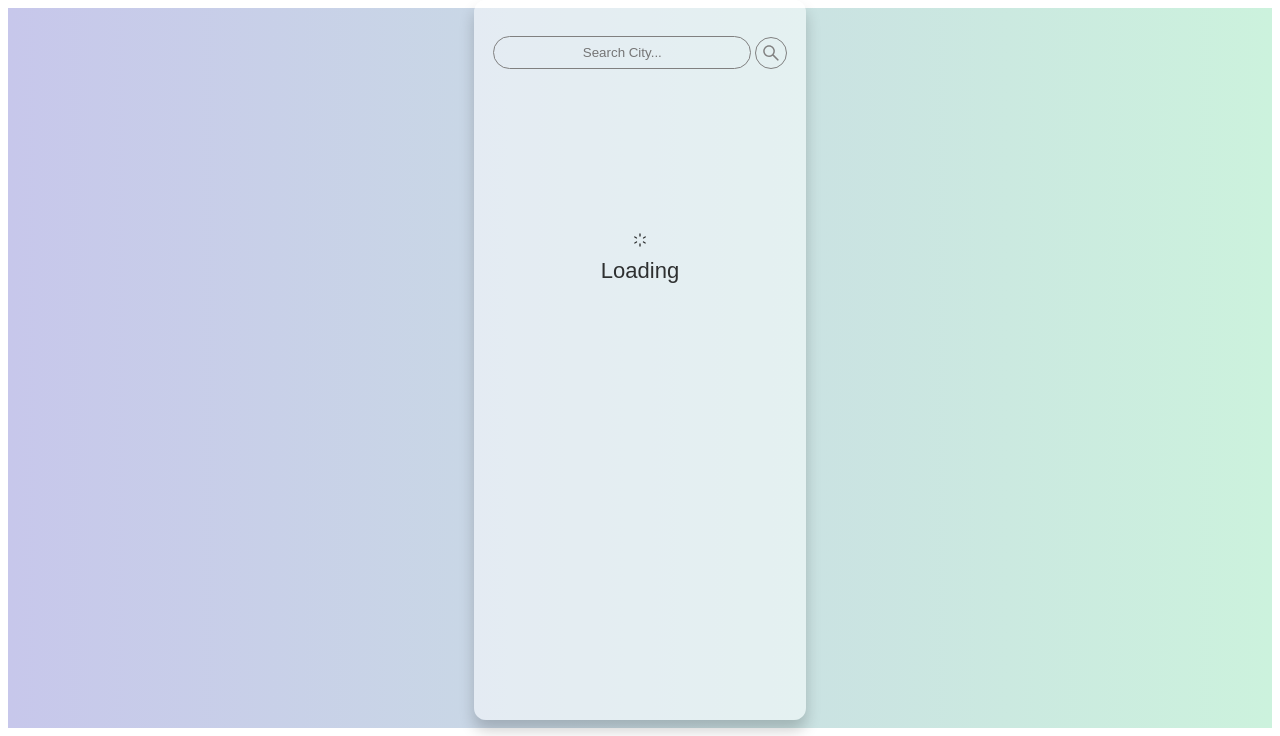
Repository: vaishnavik94/WeatherAPP
Page: /
The author's editor kept a copy of each file at every save. The page is drawn from the files as they stood at one save, then again after the next save.
The browser window is 1280 px wide. The pictures show the whole page.
The page's requests for data from a server got no answer. The project was rebuilt for these pictures with package versions that can differ from the ones it lists, and the page was loaded fresh each time. No one was signed in, and anything a server would have sent is missing.

Above is the page before, as saved 2024-04-18 16:29:22.

After the next save:
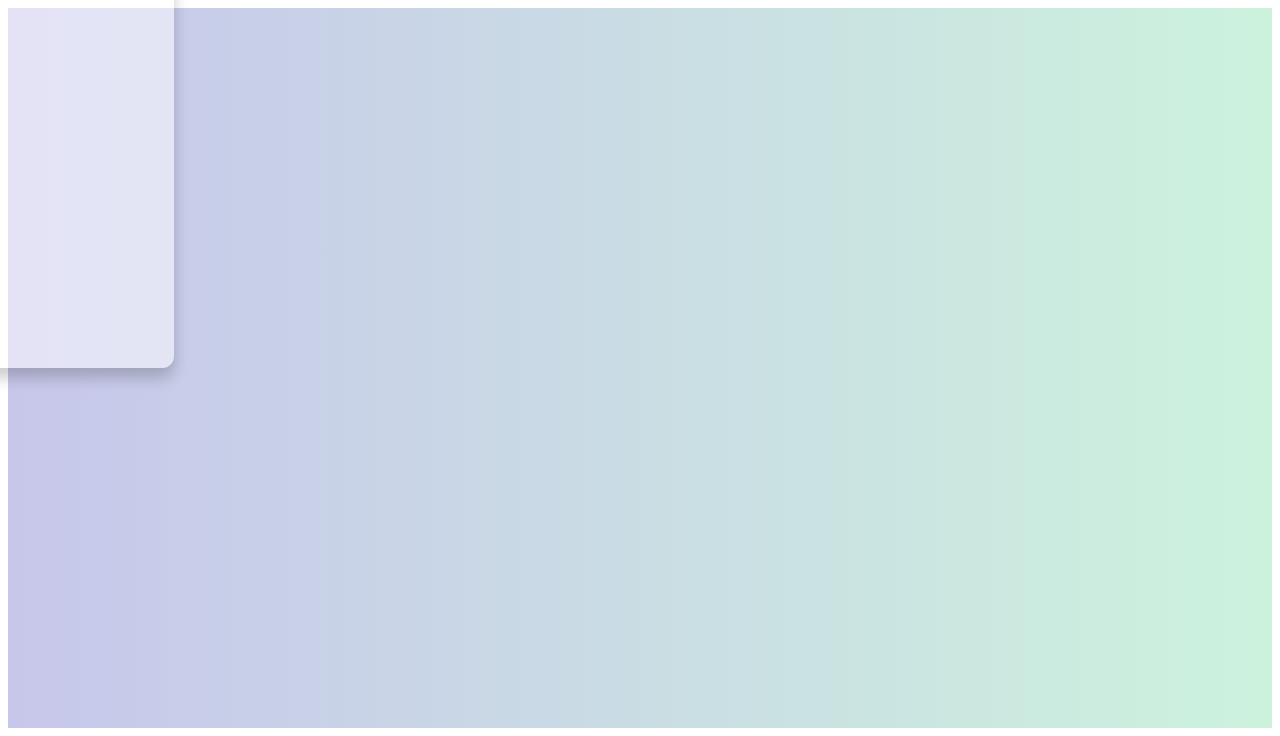
Saved 20 s later.
--- a/src/components/styles.module.ts
+++ b/src/components/styles.module.ts
@@ -10,8 +10,7 @@
 border-radius: 12px;
 padding: 1rem;
 position: absolute;
-top: 50%;
-left: 50%;
+
 transform: translate(-50%, -50%);
 box-shadow: 0 10px 15px rgb(0 0 0 / 20%);
 box-sizing: border-box;

After the save that followed:
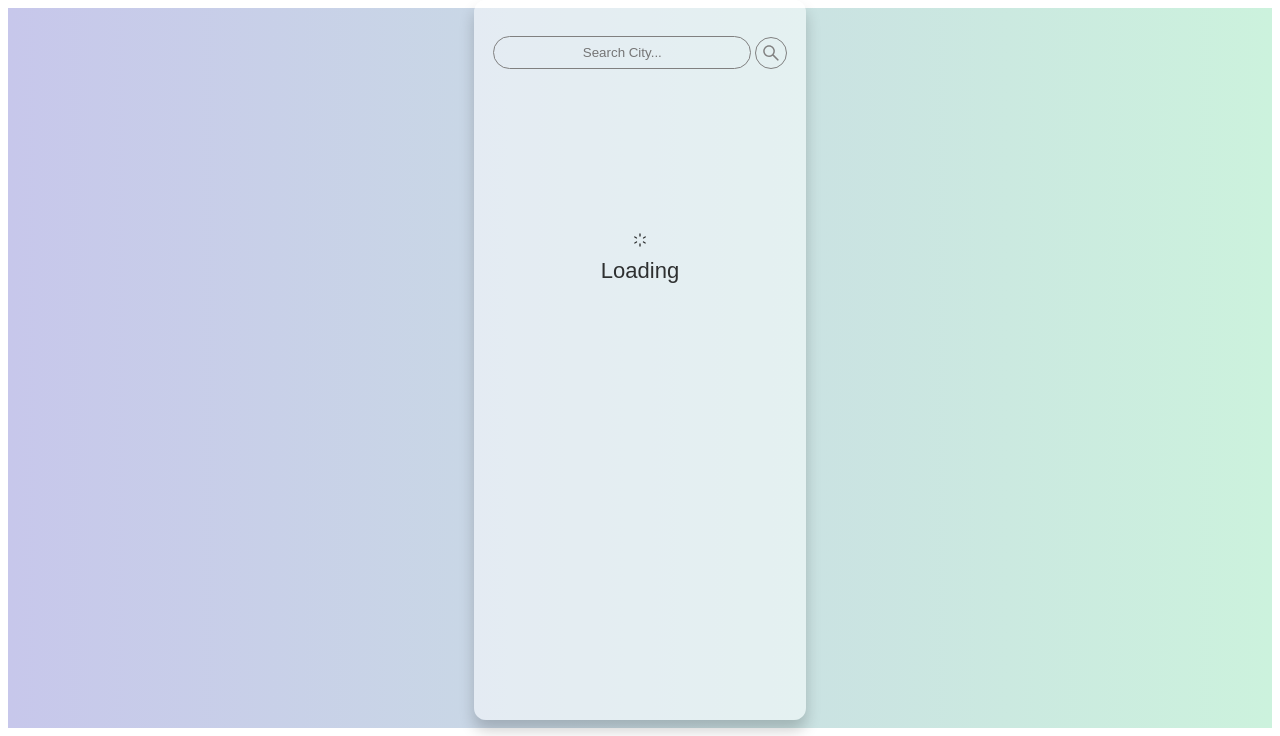
Saved 6 s later.
--- a/src/components/styles.module.ts
+++ b/src/components/styles.module.ts
@@ -10,7 +10,8 @@
 border-radius: 12px;
 padding: 1rem;
 position: absolute;
-
+top: 50%;
+left: 50%;
 transform: translate(-50%, -50%);
 box-shadow: 0 10px 15px rgb(0 0 0 / 20%);
 box-sizing: border-box;
